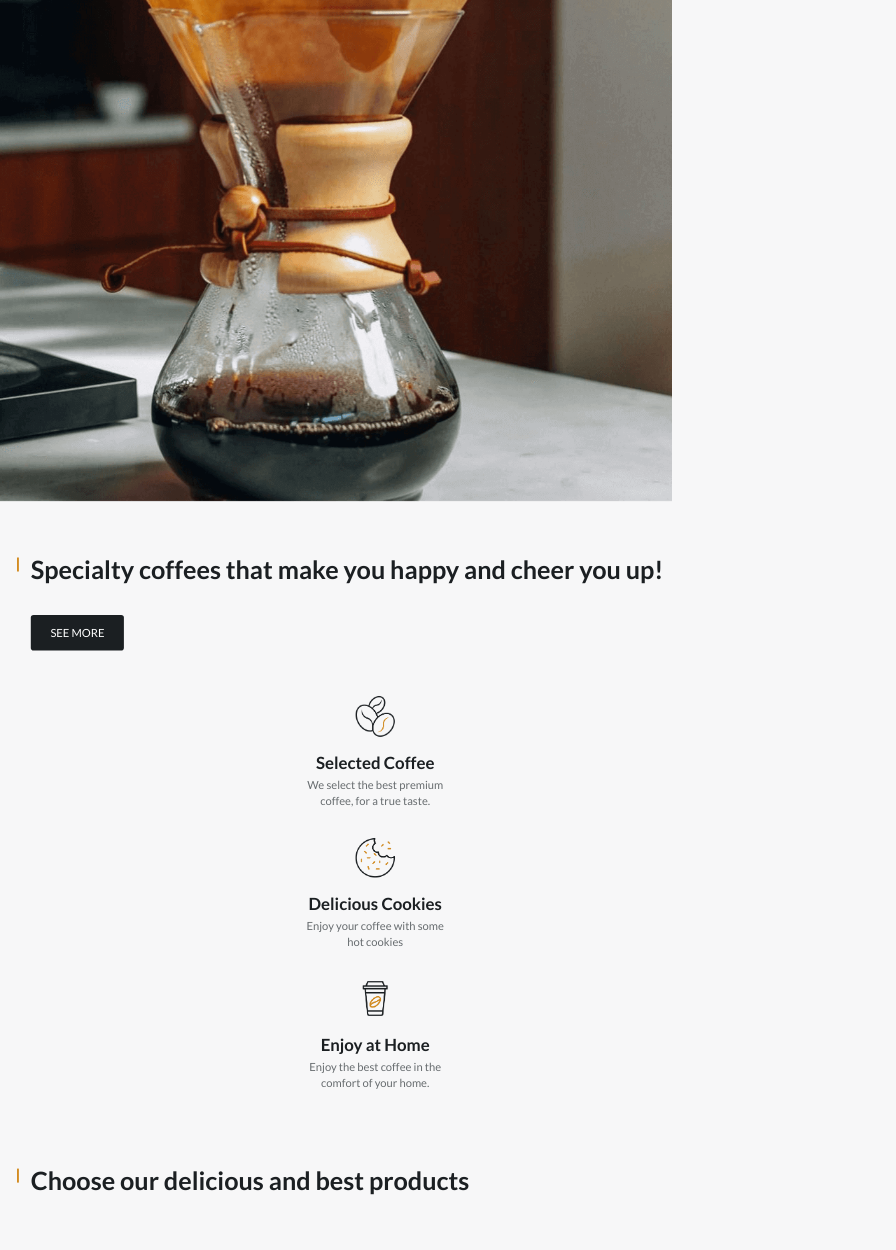
Repository: phong121020/coffee-responsive
Page: index.html
These files come from the project's save history. The page is drawn as it stood at one moment and after a run of saves; the edit follows.
The browser window is 1280 px wide. The pictures show the part of the page from y = 818 to 2738 px (the page is 2603 px tall before and 2738 px after), at 70% of full size.

Above is the page before, as saved 2022-03-07 13:36:24.

### index.html
<!DOCTYPE html>
<html lang="en">
  <head>
    <meta charset="UTF-8" />
    <meta http-equiv="X-UA-Compatible" content="IE=edge" />
    <meta name="viewport" content="width=device-width, initial-scale=1.0" />
    <!-- link -->
    <link rel="stylesheet" href="./assets/css/style.css" />
    <!-- favicon -->
    <link
      rel="shortcut icon"
      href="./assets/img/favicon.png"
      type="image/x-icon"
    />
    <title>Document</title>
    <!-- boxicon -->
    <link
      href="https://unpkg.com/boxicons@2.1.1/css/boxicons.min.css"
      rel="stylesheet"
    />
  </head>
  <body>
    <!-- HEADER -->
    <header class="header" id="header">
      <nav class="nav container">
        <a href="#" class="nav__logo">
          <img src="./assets/img/logo.png" alt="" class="nav__logo-img" />
          Coffee.
        </a>
        <div class="nav__menu" id="nav-menu">
          <ul class="nav__list">
            <li class="nav__item">
              <a href="#home" class="nav__link">Home</a>
            </li>
            <li class="nav__item">
              <a href="#products" class="nav__link">Products</a>
            </li>
            <li class="nav__item">
              <a href="#premium" class="nav__link">Premium</a>
            </li>
            <li class="nav__item">
              <a href="#blog" class="nav__link">Blog</a>
            </li>
          </ul>
          <div class="nav__close" id="nav-close">
            <i class="bx bx-x"></i>
          </div>
        </div>
        <!-- Toggle button -->
        <div class="nav__toggle" id="nav-toggle">
          <i class="bx bx-grid-alt"></i>
        </div>
      </nav>
    </header>
    <!-- MAIN -->
    <main>
      <!-- HOME -->
      <section class="home grid" id="home">
        <div class="home__container">
          <div class="home__content container">
            <h1 class="home__title">
              Choose Your Favorite Coffe And Enjoy <span>.</span>
            </h1>
            <p class="home__desc">Buy the best and delicious coffees</p>
            <div class="home__data">
              <div class="home__data-group">
                <h2 class="home__data-number">120K</h2>
                <h3 class="home__data-title">Testimonials</h3>
                <p class="home__data-desc">
                  Testimonials from various customers who trust us.
                </p>
              </div>
              <div class="home__data-group">
                <h2 class="home__data-number">340+</h2>
                <h3 class="home__data-title">Exclusive Product</h3>
                <p class="home__data-desc">
                  Premium preparation with quality ingredients.
                </p>
              </div>
            </div>
            <a href="#specialty">
              <img src="./assets/img/scroll.png" alt="" class="home__scroll" />
            </a>
          </div>
        </div>
        <img src="./assets/img/home.png" alt="" class="home__img" />
      </section>
      <!-- ESPECIALTY-->
      <div class="specialty section container">
        <div class="specialty__container">
          <div class="specialty__box">
            <h2 class="section__title">
              Specialty coffees that make you happy and cheer you up!
            </h2>
            <div>
              <a href="#" class="button specialty__button">See more</a>
            </div>
          </div>
          <div class="specialty__catergory">
            <div class="specialty__group">
              <img
                src="./assets/img/specialty1.png"
                alt=""
                class="specialty__img"
              />
              <h3 class="specialty__title">Selected Coffee</h3>
              <p class="specialty__desc">
                We select the best premium coffee, for a true taste.
              </p>
            </div>
            <div class="specialty__group">
              <img
                src="./assets/img/specialty2.png"
                alt=""
                class="specialty__img"
              />
              <h3 class="specialty__title">Delicious Cookies</h3>
              <p class="specialty__desc">
                Enjoy your coffee with some hot cookies
              </p>
            </div>
            <div class="specialty__group">
              <img
                src="./assets/img/specialty3.png"
                alt=""
                class="specialty__img"
              />
              <h3 class="specialty__title">Enjoy at Home</h3>
              <p class="specialty__desc">
                Enjoy the best coffee in the comfort of your home.
              </p>
            </div>
          </div>
        </div>
      </div>
      <!-- PRODUCTS -->
      <section class="products section" id="products">
         <div class="products__container container">
           <h2 class="section__title">
            Choose our delicious and best products
           </h2>
         </div>
      </section>
    </main>
    <!-- JS -->
    <script src="./assets/js/app.js"></script>
  </body>
</html>

### assets/css/style.css
/*=============== GOOGLE FONTS ===============*/
@import url("https://fonts.googleapis.com/css2?family=Lato:wght@400;700&display=swap");

/*=============== VARIABLES CSS ===============*/
:root {
  --header-height: 3.5rem;

  /*========== Colors ==========*/
  --first-color: hsl(36, 72%, 48%);
  --first-color-alt: hsl(36, 72%, 44%);
  --black-color: hsl(206, 12%, 12%);
  --card-color: hsl(0, 0%, 90%);
  --title-color: hsl(206, 12%, 12%);
  --text-color: hsl(206, 4%, 42%);
  --text-color-light: hsl(206, 4%, 75%);
  --body-color: hsl(206, 4%, 97%);
  --container-color: #fff;

  /*========== Font and typography ==========*/
  --body-font: "Lato", sans-serif;
  --biggest-font-size: 2.25rem;
  --h1-font-size: 1.5rem;
  --h2-font-size: 1.25rem;
  --h3-font-size: 1rem;
  --normal-font-size: 0.938rem;
  --small-font-size: 0.813rem;
  --smaller-font-size: 0.75rem;

  /*========== Font weight ==========*/
  --font-bold: 700;

  /*========== z index ==========*/
  --z-tooltip: 10;
  --z-fixed: 100;
}

@media screen and (min-width: 968px) {
  :root {
    --biggest-font-size: 3.5rem;
    --h1-font-size: 2.25rem;
    --h2-font-size: 1.5rem;
    --h3-font-size: 1.25rem;
    --normal-font-size: 1rem;
    --small-font-size: 0.875rem;
    --smaller-font-size: 0.813rem;
  }
}

/*=============== BASE ===============*/
* {
  box-sizing: border-box;
  padding: 0;
  margin: 0;
}

html {
  scroll-behavior: smooth;
}

body {
  font-family: var(--body-font);
  font-size: var(--normal-font-size);
  background-color: var(--body-color);
  color: var(--text-color);
}

h1,
h2,
h3 {
  color: var(--title-color);
  font-weight: var(--font-bold);
}

h1,
h2,
h3,
p {
  line-height: 140%;
}

ul {
  list-style: none;
}

a {
  text-decoration: none;
}

img {
  max-width: 100%;
  height: auto;
}

button {
  border: none;
  outline: none;
  cursor: pointer;
}

/*=============== REUSABLE CSS CLASSES ===============*/
.container {
  max-width: 1024px;
  margin-left: 1.5rem;
  margin-right: 1.5rem;
}

.grid {
  display: grid;
  gap: 1.5rem;
}

.section {
  padding: 4.5rem 0 2rem;
}

.section__title {
  position: relative;
  font-size: var(--h1-font-size);
  padding-left: 1.25rem;
  margin-bottom: 2.5rem;
}

.section__title::before {
  content: "";
  position: absolute;
  top: 8px;
  left: 0;
  width: 3px;
  height: 20px;
  background-color: var(--first-color);
}

/* HEADER & NAV */
.header {
  width: 100%;
  background-color: transparent;
  position: fixed;
  top: 0;
  left: 0;
  right: 0;
  z-index: var(--z-fixed);
}
.nav {
  height: var(--header-height);
  display: flex;
  justify-content: space-between;
  align-items: center;
}
.nav__logo,
.nav__toggle {
  color: #fff;
}
.nav__logo {
  display: flex;
  align-items: center;
  justify-content: center;
  column-gap: 0.5rem;
  font-weight: var(--font-bold);
}
.nav__logo-img {
  width: 0.75rem;
}
.nav__toggle {
  display: inline-flex;
  font-size: 1.15rem;
  cursor: pointer;
}

@media screen and (max-width: 767px) {
  .nav__menu {
    position: fixed;
    top: 0;
    right: -100%;
    background-color: var(--black-color);
    width: 100%;
    height: 100%;
    transition: 0.3s;
  }
  .nav__menu.is-show {
    right: 0;
  }
}
.nav__list {
  display: flex;
  flex-direction: column;
  text-align: center;
  row-gap: 3rem;
  padding-top: 9rem;
}
.nav__link {
  text-transform: uppercase;
  color: var(--text-color-light);
  transition: 0.3s;
}
.nav__link:hover {
  color: #fff;
}
.nav__close {
  font-size: 2rem;
  position: absolute;
  top: 1rem;
  right: 1rem;
  color: #fff;
  cursor: pointer;
}
/* HOME */
.home {
  gap: 0;
}
.home__container {
  padding: 7rem 0 2.5rem;
  background: linear-gradient(
    160deg,
    hsla(206, 4%, 24%, 1) -4%,
    hsla(206, 12%, 12%, 1) 46%
  );
}
.home__content {
  position: relative;
}
.home__title,
.home__data-title {
  color: #fff;
}
.home__title {
  font-size: var(--biggest-font-size);
  margin-bottom: 1.5rem;
}
.home__title span {
  color: var(--first-color);
}
.home__desc {
  margin-bottom: 2rem;
}
.home__data {
  border-top: 1px solid var(--text-color);
  padding-top: 2rem;
  display: grid;
  grid-template-columns: repeat(2, 1fr);
  column-gap: 1.5rem;
}
.home__data-title {
  font-size: var(--h3-font-size);
  margin-bottom: 0.5rem;
}
.home__scroll {
  position: absolute;
  width: 100px;
  bottom: -7rem;
  left: 0;
  right: 0;
  margin: 0 auto;
  animation: scroll 3s infinite;
}
/* SCROLL IMAGE ANIMATE */
@keyframes scroll {
  0% {
    transform: translateY(0);
  }
  50% {
    transform: translateY(-0.5rem);
  }
  100% {
    transform: translateY(0);
  }
}
/* CHANGE BACKGROUND HEADER */
.scroll-header {
  background-color: var(--body-color);
  box-shadow: 0 1px 4px hsla(0, 4%, 15%, 0.1);
}
.scroll-header .nav__logo,
.scroll-header .nav__toggle {
  color: var(--title-color);
}
.scroll-header .nav__logo-img {
  mix-blend-mode: difference;
}

/* BUTTON */
.button {
  display: inline-block;
  background-color: var(--black-color);
  color: #fff;
  padding: 1rem 1.75rem;
  border-radius: 0.25rem;
  font-size: var(--normal-font-size);
  text-transform: uppercase;
}

/* SPECIALTY */
.specialty__button {
  margin-left: 1.25rem;
}
.specialty__catergory {
  margin-top: 4rem;
  display: grid;
  grid-template-columns: 200px;
  justify-content: center;
  row-gap: 2.5rem;
}
.specialty__img {
  width: 60px;
  margin-bottom: 1rem;
  transition: 0.4s;
}
.specialty__group {
  text-align: center;
}
.specialty__title {
  font-size: var(--h2-font-size);
  margin-bottom: 0.25rem;
}
.specialty__group:hover .specialty__img {
  transform: translateY(-0.25rem);
}

### assets/js/app.js
// SHOW MENU
const navToggle = document.querySelector(".nav__toggle");
const navMenu = document.querySelector(".nav__menu");
const navClose = document.querySelector(".nav__close");
const navItem = document.querySelectorAll(".nav__item");
// MENU SHOW
if (navToggle) {
  navToggle.addEventListener("click", function () {
    navMenu.classList.add("is-show");
  });
}
//  MENU HIDDEN
if (navClose) {
  navClose.addEventListener("click", function () {
    navMenu.classList.remove("is-show");
  });
}
// REMOVE MENU MOBILE
[...navItem].forEach((item) =>
  item.addEventListener("click", function () {
    navMenu.classList.remove("is-show");
  })
);
//CHANGE BACKGROUND HEADER
function scrollHeader() {
  const header = document.getElementById("header");
  // When the scroll is greater than 50 viewport height, add the scroll-header class to the header tag
  if (this.scrollY >= 50) {
    header.classList.add("scroll-header");
    // console.log(this);
  } else header.classList.remove("scroll-header");
}
window.addEventListener("scroll", scrollHeader);

After the next 2 saves:
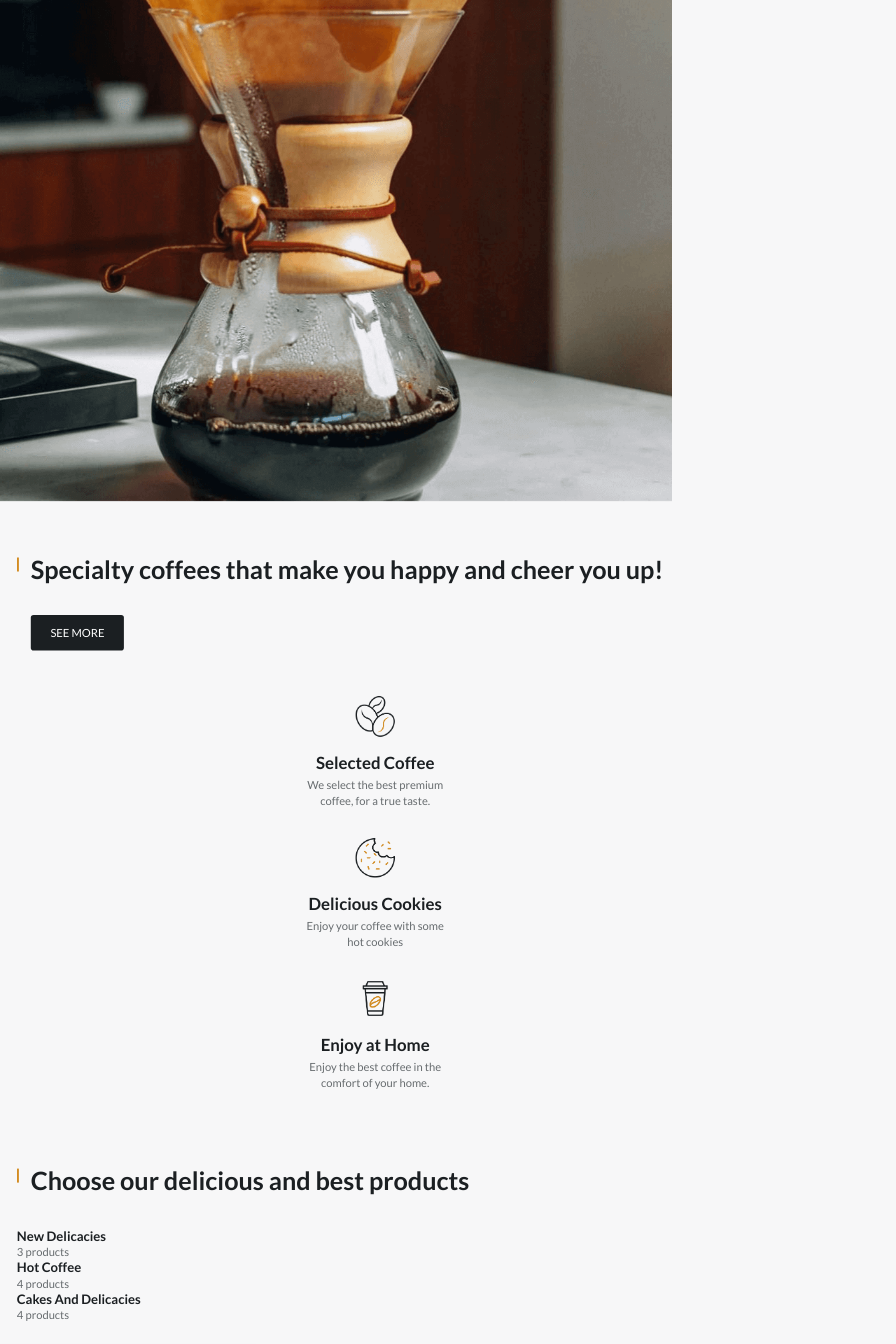
The 2 saves are shown as one change because they came seconds apart.
The last was saved 2 min 20 s later.
--- a/index.html
+++ b/index.html
@@ -135,11 +135,23 @@
       </div>
       <!-- PRODUCTS -->
       <section class="products section" id="products">
-         <div class="products__container container">
-           <h2 class="section__title">
-            Choose our delicious and best products
-           </h2>
-         </div>
+        <div class="products__container container">
+          <h2 class="section__title">Choose our delicious and best products</h2>
+          <ul class="products__filters">
+            <li class="products__item products__line">
+              <h3 class="products__title">New Delicacies</h3>
+              <span class="products__stock">3 products</span>
+            </li>
+            <li class="products__item products__line">
+              <h3 class="products__title">Hot Coffee</h3>
+              <span class="products__stock">4 products</span>
+            </li>
+            <li class="products__item products__line">
+              <h3 class="products__title">Cakes And Delicacies</h3>
+              <span class="products__stock">4 products</span>
+            </li>
+          </ul>
+        </div>
       </section>
     </main>
     <!-- JS -->
